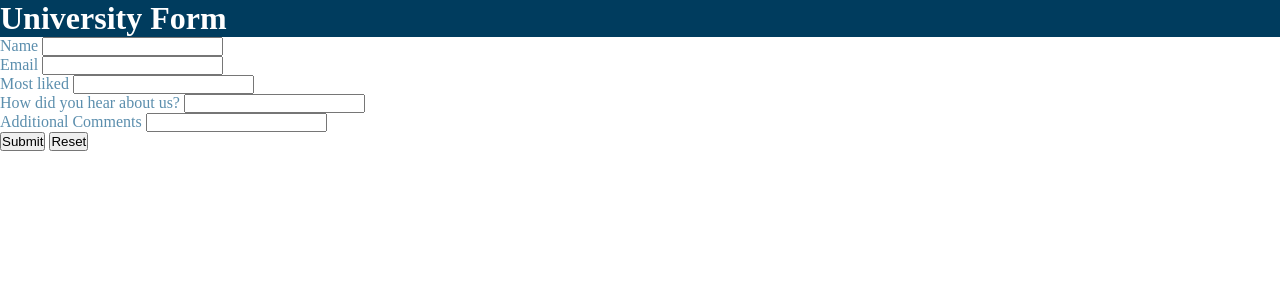
Repository: mlmEFSC21/P2-University-Form
Page: index.html
An editor plug-in stored every save of this project. The page is shown before and after the next save, followed by the edit.
The browser window is 1280 px wide. The pictures show the whole page.

Above is the page before, as saved 2022-01-28 13:59:51.

After the next save:
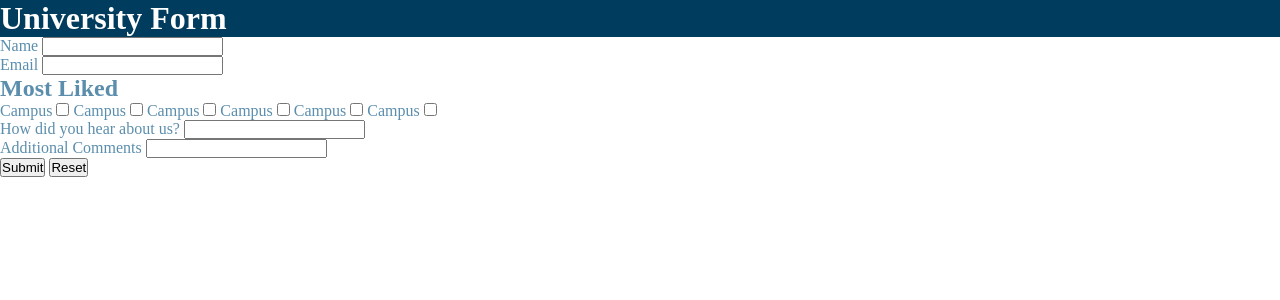
Saved 5 min 11 s later.
--- a/index.html
+++ b/index.html
@@ -15,15 +15,26 @@
         <form action="results.html" method="GET">
             <div>
                 <label>Name</label>
-                <input />
+                <input type="text" name="name" required />
             </div>
             <div>
                 <label>Email</label>
-                <input />
+                <input type="email" name="email" required />
             </div>
             <div>
-                <label>Most liked</label>
-                <input />
+                <h2>Most Liked</h2>
+                <label>Campus</label>
+                <input type="checkbox" name="Campus" />
+                <label>Campus</label>
+                <input type="checkbox" name="Campus" />
+                <label>Campus</label>
+                <input type="checkbox" name="Campus" />
+                <label>Campus</label>
+                <input type="checkbox" name="Campus" />
+                <label>Campus</label>
+                <input type="checkbox" name="Campus" />
+                <label>Campus</label>
+                <input type="checkbox" name="Campus" />
             </div>
             <div>
                 <label>How did you hear about us?</label>
